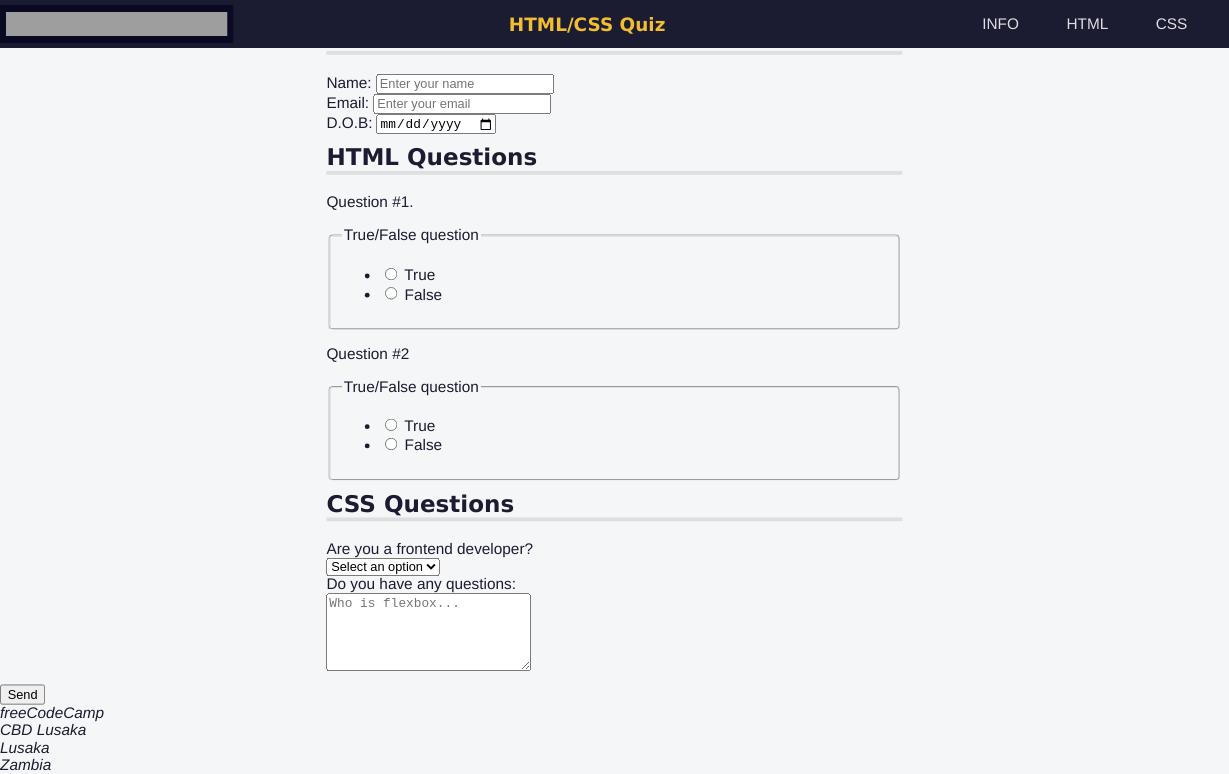
Repository: Lungdjos/accessibility_build_quiz
Page: index.html
An editor plug-in stored every save of this project. The page is shown before and after a run of saves, followed by the edit.
The browser window is 1280 px wide. The pictures show the whole page, at 96% of full size.
Pictures or frames that could not be fetched are drawn as grey boxes.

Above is the page before, as saved 2023-10-29 23:13:14.

### index.html
<!DOCTYPE html>
<html lang="en">

<head>
    <meta charset="UTF-8">
    <meta name="viewport" content="width=device-width, initial-scale=1.0">
    <meta name="description" content="Accessibility">
    <title>HTML/CSS Test Quiz</title>
    <link rel="stylesheet" href="styles.css">
</head>

<body>
    <header>
        <img src="https://cdn.freecodecamp.org/platform/universal/fcc_primary.svg" alt="" id="logo">
        <h1>HTML/CSS Quiz</h1>
        <nav>
            <ul>
                <li>
                    <a href="#student-info">info</a></li>
                <li>
                    <a href="#html-questions">html</a></li>
                <li>
                    <a href="#css-questions">css</a></li>
            </ul>
        </nav>
    </header>
    <main>
        <form action="https://freecodecamp.org/practice-project/accessibility-quiz" method="post">
            <section role="region" aria-labelledby="student-info">
                <h2 id="student-info">Student Infomrmation</h2>
                <div class="info">
                    <label for="student-name">
                        Name:
                    </label><input type="text" name="name" id="student-name" placeholder="Enter your name">
                </div>
                <div class="info">
                    <label for="student-email">
                        Email:
                    </label><input type="email" name="email" id="student-email" placeholder="Enter your email">
                </div>
                <div class="info">
                    <label for="birth-date">
                        D.O.B:<span class="sr-only">(Date of Birth)</span>
                    </label><input type="date" name="dob" id="birth-date">
                </div>
            </section>

            <section role="region" aria-labelledby="html-questions">
                <h2 id="html-questions">HTML Questions</h2>
                <div class="question-block">
                    <p>1.</p>
                    <fieldset name="first-question" class="question">
                        <legend>True/False question</legend>
                        <ul class="answers-list">
                            <li>
                                <label for="q1-a1">
                                    <input type="radio" value="true" name="q1-answ" id="q1-a1"> True
                                </label>
                            </li>
                            <li>
                                <label for="q1-a2">
                                    <input type="radio" value="false" name="q1-answ" id="q1-a2"> False
                                </label>
                            </li>
                        </ul>
                    </fieldset>
                </div>
                <div class="question-block">
                    <p>2</p>
                    <fieldset name="second-question" class="question">
                        <legend>True/False question</legend>
                        <ul class="answers-list">
                            <li>
                                <label for="q2-a1">
                                    <input type="radio" value="true" name="q2-answ" id="q2-a1"> True
                                </label>
                            </li>
                            <li>
                                <label for="q2-a2">
                                    <input type="radio" value="false" name="q2-answ" id="q2-a2"> False
                                </label>
                            </li>
                        </ul>
                    </fieldset>
                </div>
            </section>

            <section role="region" aria-labelledby="css-questions">
                <h2 id="css-questions">CSS Questions</h2>
                <div class="formrow">
                    <div class="question-block">
                        <label for="customer">Are you a frontend developer?</label>
                    </div>
                    <div class="answer">
                        <select name="customer" id="customer" required>
                            <option value="">Select an option</option>
                            <option value="yes">Yes</option>
                            <option value="no">No</option>
                        </select>
                    </div>

                    <div class="question-block">
                        <label for="css-questions">Do you have any questions:</label>
                    </div>
                    <div class="answer">
                        <textarea name="css-questions" id="css-questions" rows="5" cols="24" placeholder="Who is flexbox..."></textarea>
                    </div>
                </div>
            </section>
            <button type="submit">Send</button>
        </form>
    </main>
    <footer>
        <address>
            freeCodeCamp<br/>
            CBD Lusaka<br/>
            Lusaka<br/>
            Zambia
        </address>
    </footer>
</body>

</html>

### styles.css
body {
    background: #f5f6f7;
    color: #1b1b32;
    font-family: Helvetica;
    margin: 0;
}

header {
    width: 100%;
    height: 50px;
    background-color: #1b1b32;
    display: flex;
    justify-content: space-between;
    align-items: center;
    position: fixed;
    top: 0;
}

#logo {
    width: max(100px, 18vw);
    background-color: #0a0a23;
    aspect-ratio: 35 / 4;
    padding: 0.4rem;
}

h1 {
    color: #f1be32;
    font-size: min(5vw, 1.2em);
    text-align: center;
}

main {
    padding-top: 25px;
}

nav {
    width: 50%;
    max-width: 300px;
    height: 50px;
}

nav>ul {
    display: flex;
    justify-content: space-evenly;
    text-transform: uppercase;
    align-items: center;
    padding-inline-start: 0;
    margin-block: 0;
    height: 100%;
    flex-wrap: wrap;
}

h1,
h2 {
    font-family: Verdana, Tahoma;
}

h2 {
    border-bottom: 4px solid #dfdfe2;
    margin-top: 0;
}

.sr-only {
    position: absolute;
    width: 1px;
    height: 1px;
    padding: 0;
    margin: -1px;
    overflow: hidden;
    clip: rect(0, 0, 0, 0);
    white-space: nowrap;
    border: 0;
}

p::before {
    content: "Question #";
}

nav li {
    color: #dfdfe2;
    margin: 0 0.2rem;
    padding: 0.2rem;
    display: block;
}

li>a {
    color: inherit;
}

nav li>a {
    text-decoration: none;
}

nav li>a:hover {
    text-decoration: none;
    background-color: #dfdfe2;
    color: #1b1b32;
    cursor: pointer;
}

section {
    width: 80%;
    max-width: 600px;
    margin: 0 auto 10px auto;
}

fieldset {
    border-radius: 5px;
}

After the next 3 saves:
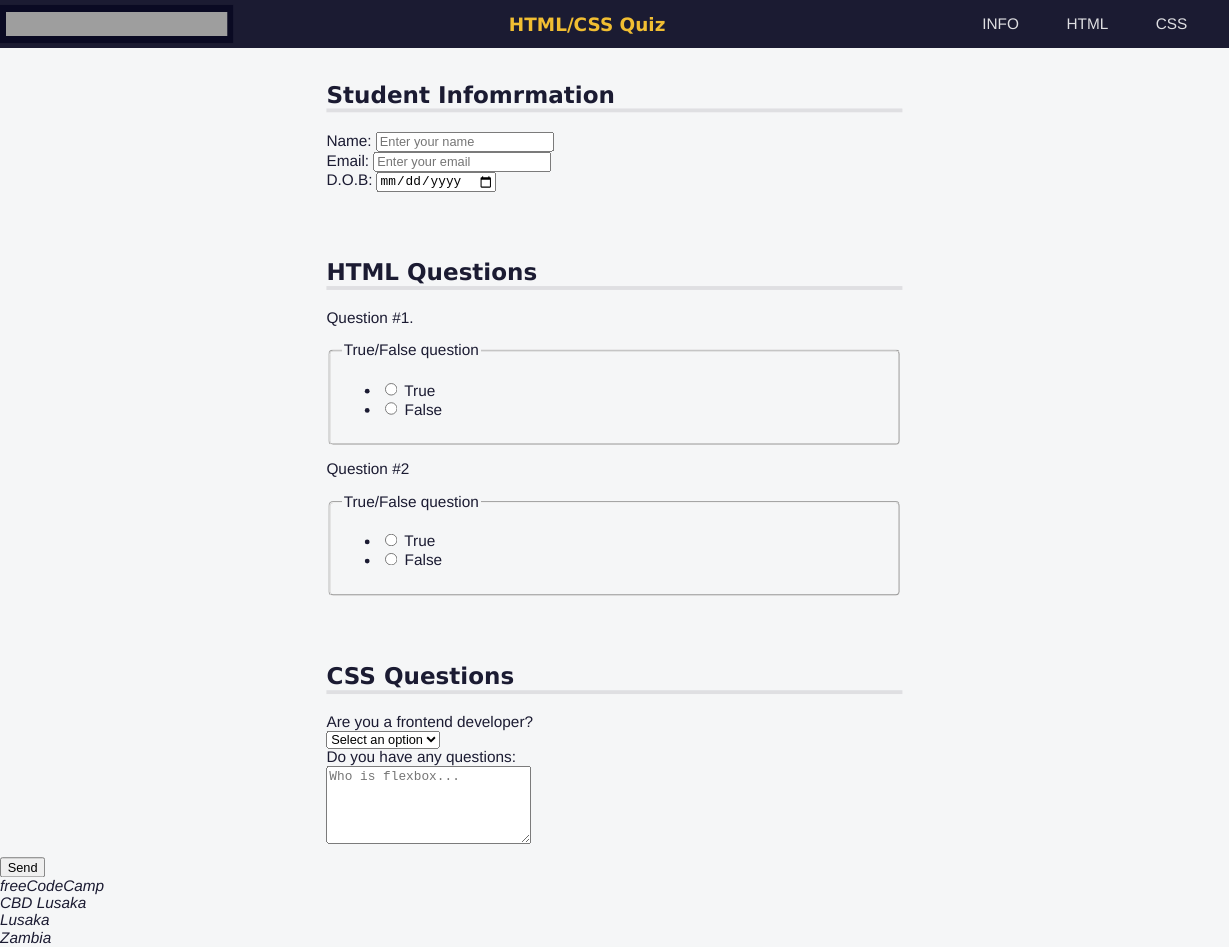
The 3 saves are shown as one change because they came seconds apart.
The last was saved 8 s later.
--- a/styles.css
+++ b/styles.css
@@ -58,6 +58,7 @@ h2 {
 h2 {
     border-bottom: 4px solid #dfdfe2;
     margin-top: 0;
+    padding-top: 60px;
 }
 
 .sr-only {
